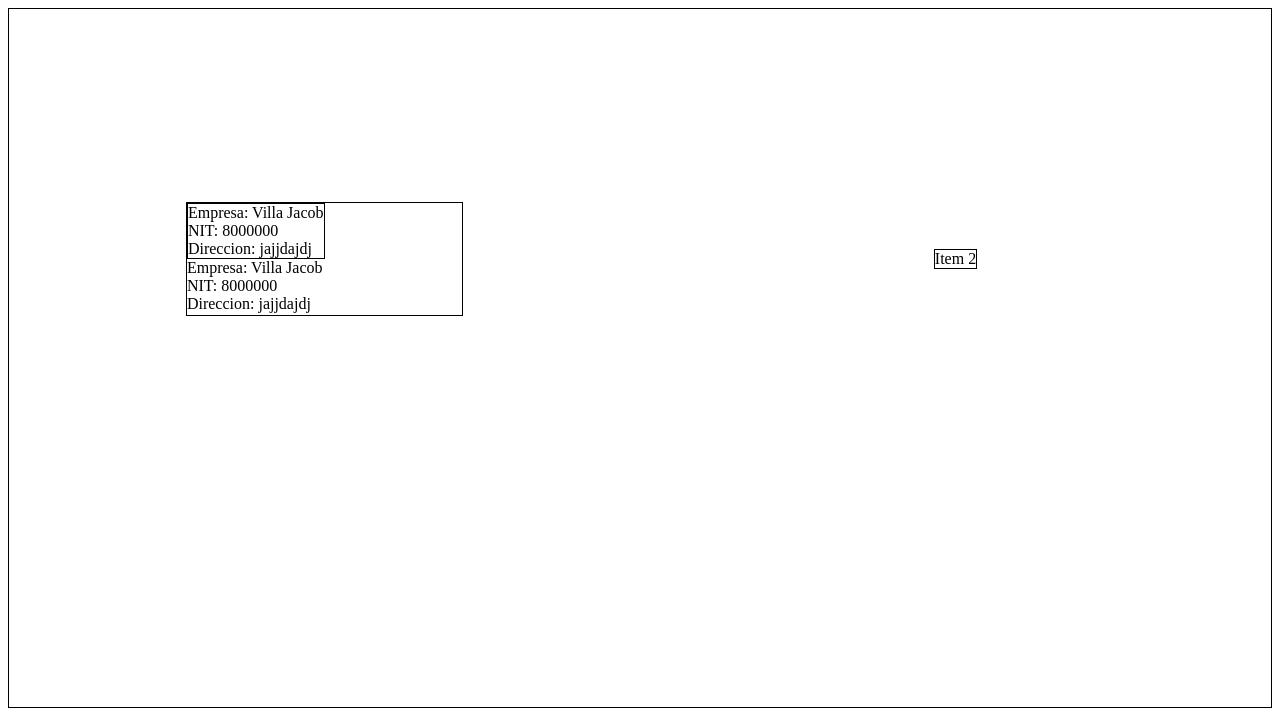
Repository: MrVanQish/FacturaEstructura
Page: index.html
These files come from the project's save history. The page is drawn as it stood at one moment and after the next save; the edit follows.
The browser window is 1280 px wide. The pictures show the whole page.

Above is the page before, as saved 2021-09-29 09:16:36.

After the next save:
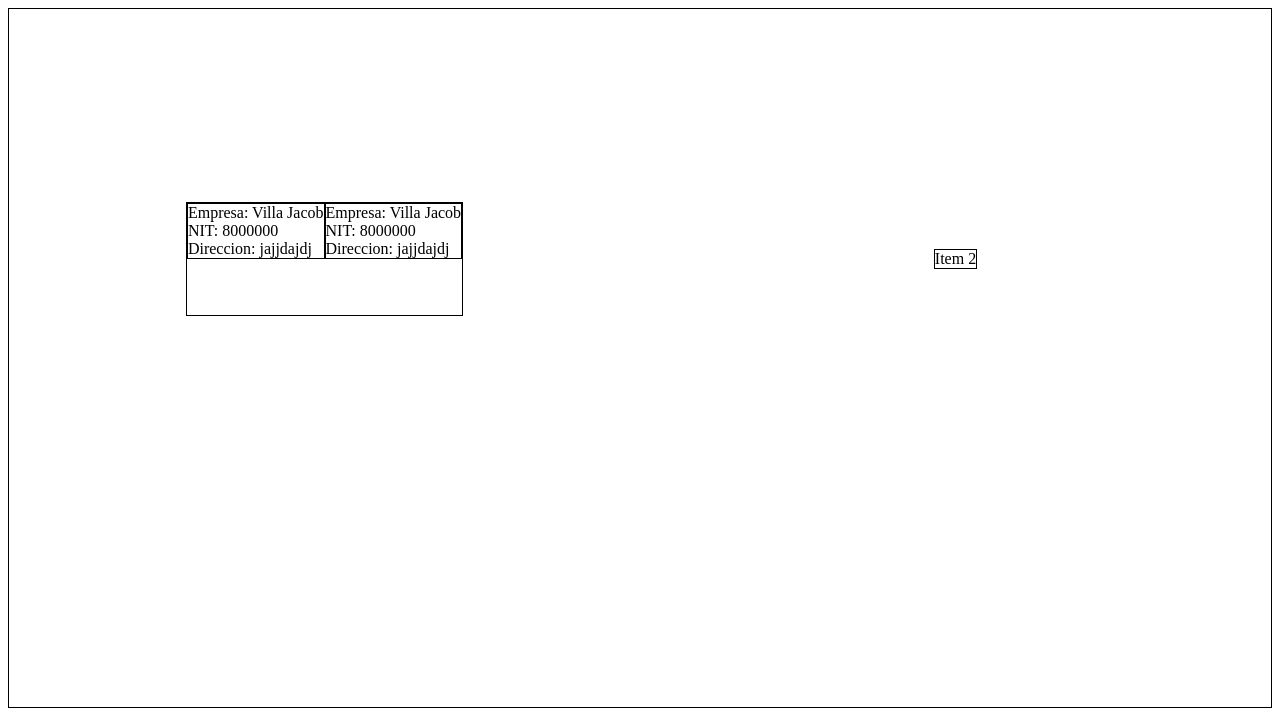
Saved 7 s later.
--- a/styles.css
+++ b/styles.css
@@ -41,3 +41,10 @@
     justify-self: center;
 
 }
+
+.infoCliente-f{
+    grid-area: table-f;
+    border: 1px solid #000;
+    align-self: center;
+    justify-self: center;
+}
